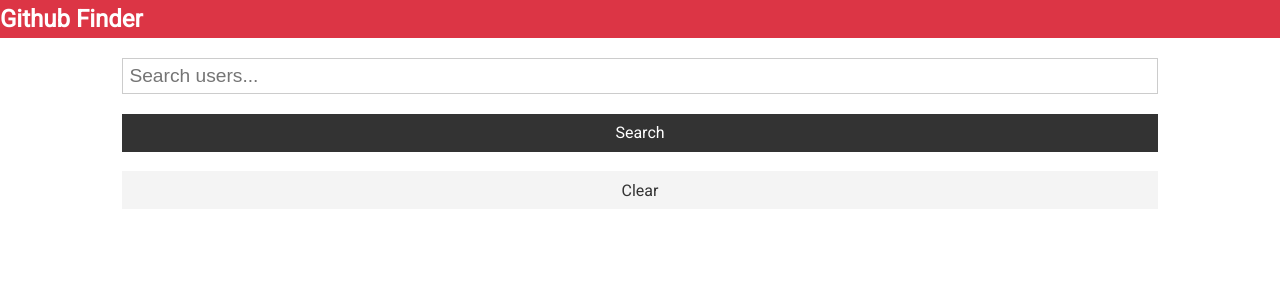
Repository: 7harshit20/github-users-finder
Page: /
These files come from the project's save history. The page is drawn as it stood at one moment and after the next save; the edit follows.
The browser window is 1280 px wide. The pictures show the whole page.
The project was rebuilt for these pictures with package versions that can differ from the ones it lists, and the page was loaded fresh each time. Also part of the build but not shown: src/component/users/UserItems.js, src/component/layout/Spinner.js.

Above is the page before, as saved 2021-10-02 22:48:09.

### src/App.js
import './App.css';
import React, { Component } from 'react';
import Navbar from './component/layout/Navbar';
import Users from './component/users/Users';
import Search from './component/users/Search';
import axios from 'axios';

class App extends Component {
  state = {
    users: [],
    loading: false
  }

  searchUsers = async (text) => {
    this.setState({ loading: true });

    // const res = await fetch(`http://api.github.com/search/users?q=${text}&client_id=${process.env.REACT_APP_GITHUB_CLIENT_ID}&client_secret=${process.env.REACT_APP_GITHUB_CLIENT_SECRET}`);
    // const data = await res.json();
    // this.setState({ users: data.items, loading: false });
    const res = await axios.get(`http://api.github.com/search/users?q=${text}&client_id=${process.env.REACT_APP_GITHUB_CLIENT_ID}&client_secret=${process.env.REACT_APP_GITHUB_CLIENT_SECRET}`);

    this.setState({ loading: false, users: res.data.items });
  };

  clearUsers = () => {
    this.setState({ users: [] })
  }

  // async componentDidMount() {
  //   this.setState({ loading: true });

  //   const res = await fetch(`http://api.github.com/users?client_id=${process.env.REACT_APP_GITHUB_CLIENT_ID}&client_secret=${process.env.REACT_APP_GITHUB_CLIENT_SECRET}`);
  //   const data = await res.json();

  //   this.setState({ users: data, loading: false });
  // }



  render() {
    // const name = "Someone";
    // const load = false;
    // const showName = true;
    // if (!showName && !load) {
    //   return (
    //     <h1>Changes successful</h1>
    //   )
    // }
    // return (
    //   <div className="App" >
    //     {load ? <h4>Loading...</h4> : <h1>{name}'s Changes successful</h1>}
    //   </div>
    //   // <Fragment>
    //   //   <h1>Hello again</h1>
    //   // </Fragment>
    // );
    const name = "Github Finder";
    const { loading, users } = this.state;
    return (
      <div className="App">
        <Navbar title={name} />
        <div className="container">
          <Search searchUsers={this.searchUsers} clearUsers={this.clearUsers} showClear={users.length > 0 ? false : true} />
          <Users loading={loading} users={users} />
        </div>
      </div>
    );

  }
}

export default App;

### src/component/layout/Navbar.js
// import React, { Component } from 'react'
// import PropTypes from 'prop-types'

// export class Navbar extends Component {
//     static defaultProps = {
//         title: 'Github Finder'
//     }

//     static propTypes = {
//         title: PropTypes.string.isRequired
//     }

//     render() {
//         return (
//             <nav className='bg-primary'>
//                 <h1>{this.props.title}</h1>
//             </nav>
//         )
//     }
// }

// export default Navbar
import React from 'react'
import PropTypes from 'prop-types'

const Navbar = ({ title }) => {
    return (
        <nav className='bg-primary'>
            <h1>
                {title}
            </h1>
        </nav>
    )
}
Navbar.defaultProps = {
    title: 'Github Finder'
}

Navbar.propTypes = {
    title: PropTypes.string.isRequired
}


export default Navbar

### src/component/users/Users.js
import React from 'react'
import UserItems from './UserItems';
import Spinner from '../layout/Spinner';
import PropTypes from 'prop-types'

const Users = ({ users, loading }) => {
    if (loading) {
        return <Spinner />
    }
    return (
        <div style={userStyle}>
            {users.map(user => (
                <UserItems key={user.id} user={user} />
            ))}
        </div>
    );
}

const userStyle = {
    display: 'grid',
    gridTemplateColumns: 'repeat(3,1fr)',
    gridGap: '1rem'
}

Users.prototype = {
    users: PropTypes.array.isRequired,
    loading: PropTypes.bool.isRequired
}

export default Users

### src/component/users/Search.js
import React, { Component } from 'react'
import PropTypes from 'prop-types'

export class Search extends Component {
    state = {
        text: ''
    }
    onChange = (e) => {
        return this.setState({ [e.target.name]: e.target.value });
    }
    static propTypes = {
        searchUsers: PropTypes.func.isRequired,
        clearUsers: PropTypes.func.isRequired,
        showClear: PropTypes.bool.isRequired
    }
    onSubmit = (e) => {
        e.preventDefault();
        this.props.searchUsers(this.state.text);
        this.setState({ text: '' });
    }
    render() {
        return (
            <div>
                <form onSubmit={this.onSubmit} className="form">
                    <input type="text" name="text" placeholder="Search users..." value={this.state.text} onChange={this.onChange} />
                    <input type="submit" value="Search" className="btn btn-dark btn-block" />
                </form>
                {this.props.showClear && (
                    <button className="btn btn-light btn-block" onClick={this.props.clearUsers}>Clear</button>
                )
                }
            </div>
        )
    }
}

export default Search

Loaded but not shown: src/index.js (common file); src/reportWebVitals.js (common file); src/App.css (common file)

After the next save:
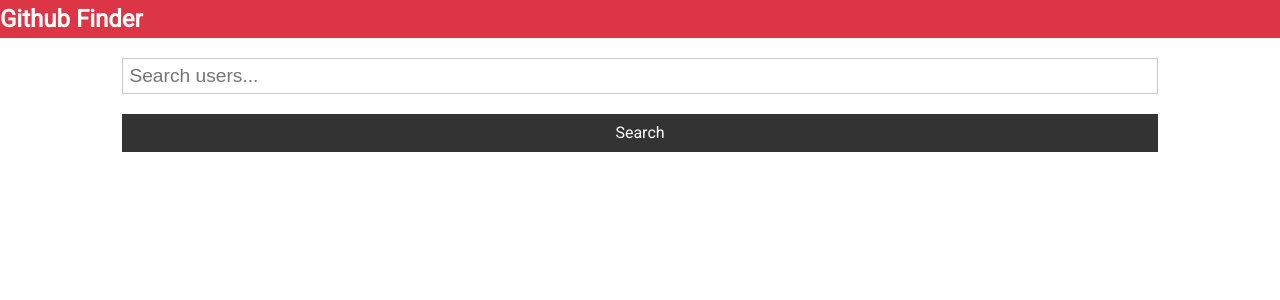
Saved 66 s later.
--- a/src/App.js
+++ b/src/App.js
@@ -60,7 +60,7 @@
       <div className="App">
         <Navbar title={name} />
         <div className="container">
-          <Search searchUsers={this.searchUsers} clearUsers={this.clearUsers} showClear={users.length > 0 ? false : true} />
+          <Search searchUsers={this.searchUsers} clearUsers={this.clearUsers} showClear={users.length > 0 ? true : false} />
           <Users loading={loading} users={users} />
         </div>
       </div>
